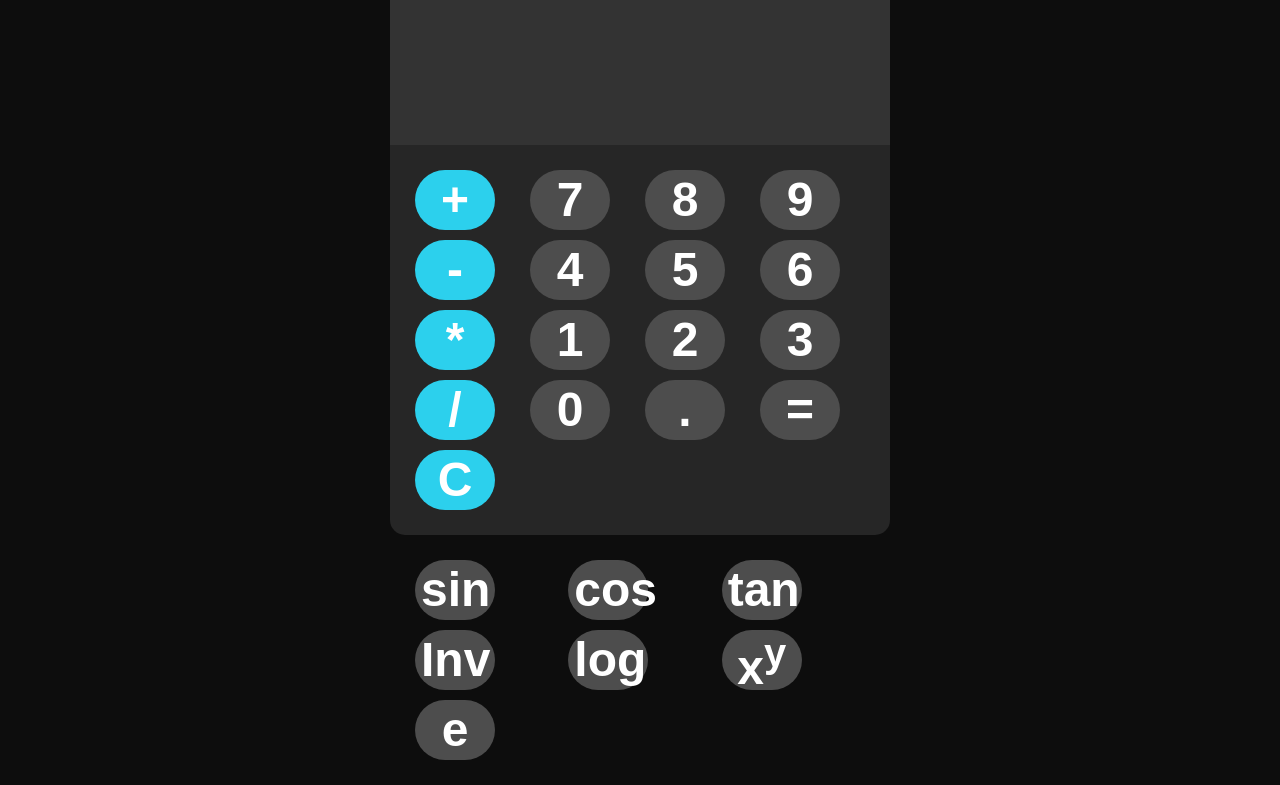
Repository: Haakim19/JavaScript
Page: Calculater/Main.html
These files come from the project's save history. The page is drawn as it stood at one moment and after the next save; the edit follows.
The browser window is 1280 px wide. The pictures show the whole page.

Above is the page before, as saved 2024-10-23 10:00:04.

### Calculater/Main.html
<!DOCTYPE html>
<html lang="en">
<head>
    <meta charset="UTF-8">
    <meta name="viewport" content="width=device-width, initial-scale=1.0">
    <title>Calculator</title>
    <link rel="stylesheet" href="Main.css">
</head>
<body>
    <div id="calculator">
        <div id="calculator-normal">
            <input id= "display1" readonly>
            <input id="display2" readonly>
            <div id="keys-normal">
                <button onclick="appentToDisplay('+')" class="operator-btn">+</button>
                <button onclick="appentToDisplay('7')">7</button>
                <button onclick="appentToDisplay('8')">8</button>
                <button onclick="appentToDisplay('9')">9</button>
                <button onclick="appentToDisplay('-')" class="operator-btn">-</button>
                <button onclick="appentToDisplay('4')">4</button>
                <button onclick="appentToDisplay('5')">5</button>
                <button onclick="appentToDisplay('6')">6</button>
                <button onclick="appentToDisplay('*')" class="operator-btn">*</button>
                <button onclick="appentToDisplay('1')">1</button>
                <button onclick="appentToDisplay('2')">2</button>
                <button onclick="appentToDisplay('3')">3</button>
                <button onclick="appentToDisplay('/')" class="operator-btn">/</button>
                <button onclick="appentToDisplay('0')">0</button>
                <button onclick="appentToDisplay('.')" >.</button>
                <button onclick="calculate()" >=</button>
                <button onclick="clearDisplay()" class="operator-btn">C</button>
            </div>
        </div>
        <div id="keys-sientific">
            <button onclick="appentToDisplay('sin')">sin</button>
            <button onclick="appentToDisplay('cos')">cos</button>
            <button onclick="appentToDisplay('tan')">tan</button>
            <button onclick="appentToDisplay('Inv')">Inv</button>
            <button onclick="appentToDisplay('log')">log</button>
            <button onclick="appentToDisplay('sin')">x<sup>y</sup></button>
            <button onclick="appentToDisplay('e')">e</button>
        </div>
    </div>
<script src="Main.js"></script>
</body>
</html>

### Calculater/Main.css
body{
    margin: 0;
    display: flex;
    justify-content: center;
    align-items: center;
    height: 100vh;
    background-color: hsl(0,0%, 5%);
}
#calculate{
    font-family:sans-serif;
}
#calculator-normal{

    background-color: hsl(0, 0%, 15%);
    border-radius: 15px;
    max-width: 500px;
    overflow: hidden;
}
#keys-sientific{
    display: none;
}
#display1{
    width: 100%;
    padding: 20px;
    font-size: 2rem;
    border: none;
    text-align: left;
    padding-right: -15px;
    color: white;
    background-color: hsl(0, 0%, 20%);

}
#display2{
    width: 100%;
    padding: 20px;
    font-size: 5rem;
    border: none;
    text-align: left;
    padding-right: -15px;
    color: white;
    background-color: hsl(0, 0%, 20%);

}
#keys-normal{
    display: grid;
    grid-template-columns: repeat(4, 1fr);
    gap: 10px;
    padding: 25px;
}
#keys-sientific{
    display: grid;
    grid-template-columns: repeat(3, 1fr);
    gap: 10px;
    padding: 25px;

}

button{
    width: 80px;
    height: 60px;
    color: white;
    border-radius: 50px;
    border: none;
    font-size: 3rem;
    background-color: hsl(0, 0%, 30%);
    font-weight: bold;
    cursor: pointer;
}

button:hover{
    background-color: hsl(0, 0%, 40%);
}

button:active{
    background-color: hsl(0, 0%, 50%);
}

.operator-btn{
    background-color: hsl(189, 84%, 55%);
}

.operator-btn:hover{
    background-color: hsl(189, 84%, 65%);
}

.operator-btn:active{
    background-color: hsl(189, 84%, 75%);
}

### Calculater/Main.js
const display1 = document.getElementById('display1');
const display2 = document.getElementById('display2');

function appentToDisplay(input){
    display2.value += input;
}
function clearDisplay(){
    display1.value = '';
    display2.value = '';
}
function calculate(){
    try{
        display1.value = eval(display2.value);}
    catch{
        display2.value = 'Error';
    }

}

After the next save:
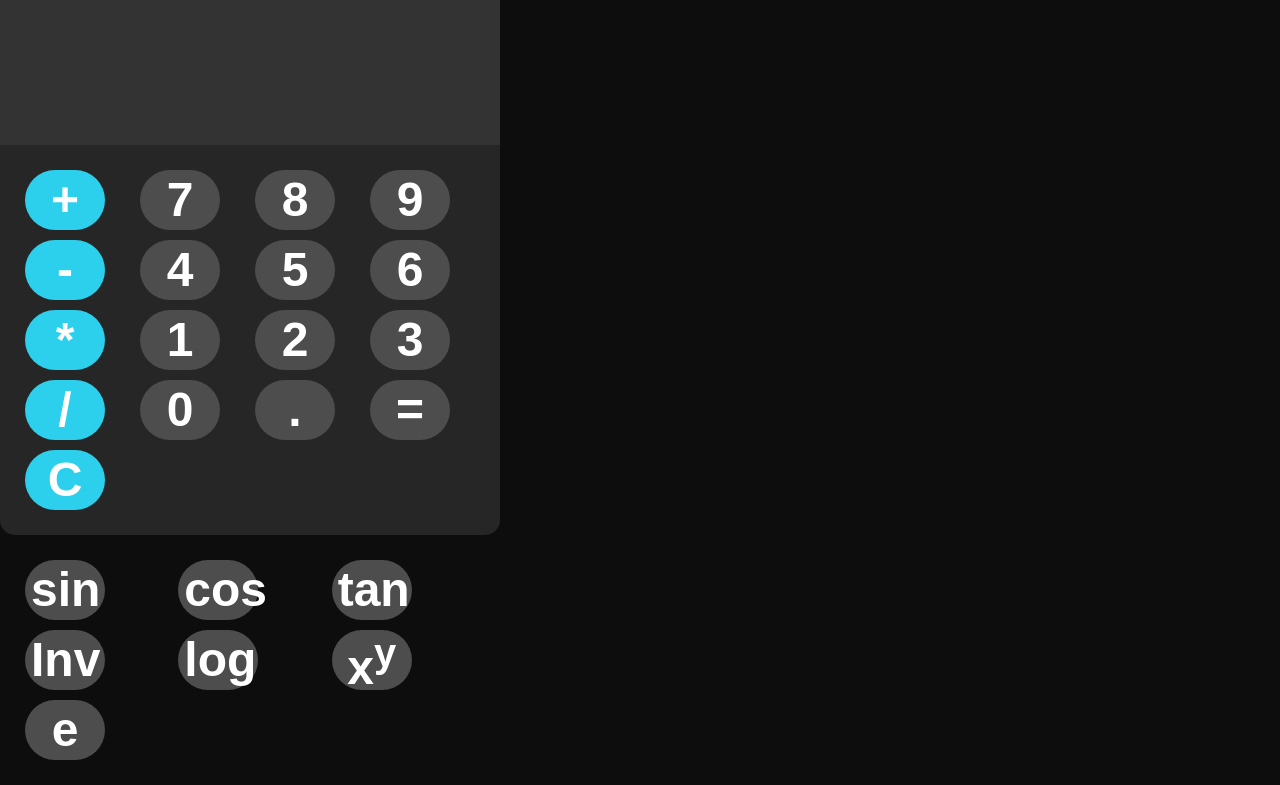
Saved 30 s later.
--- a/Calculater/Main.css
+++ b/Calculater/Main.css
@@ -5,15 +5,15 @@ body{
     align-items: center;
     height: 100vh;
     background-color: hsl(0,0%, 5%);
+    max-width: 500px;
 }
 #calculate{
     font-family:sans-serif;
 }
 #calculator-normal{
-
     background-color: hsl(0, 0%, 15%);
     border-radius: 15px;
-    max-width: 500px;
+
     overflow: hidden;
 }
 #keys-sientific{

After the save that followed:
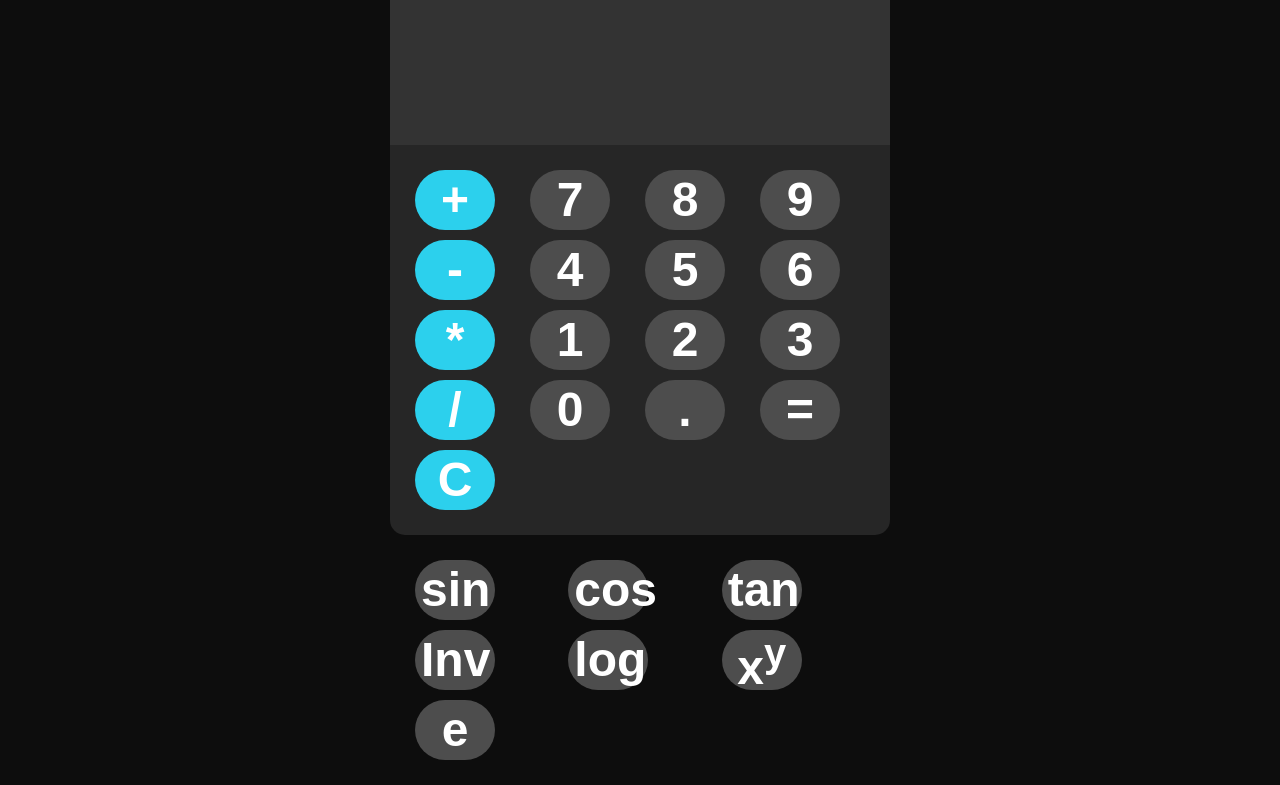
Saved 16 s later.
--- a/Calculater/Main.css
+++ b/Calculater/Main.css
@@ -5,7 +5,7 @@ body{
     align-items: center;
     height: 100vh;
     background-color: hsl(0,0%, 5%);
-    max-width: 500px;
+
 }
 #calculate{
     font-family:sans-serif;
@@ -13,7 +13,7 @@ body{
 #calculator-normal{
     background-color: hsl(0, 0%, 15%);
     border-radius: 15px;
-
+    max-width: 500px;
     overflow: hidden;
 }
 #keys-sientific{
